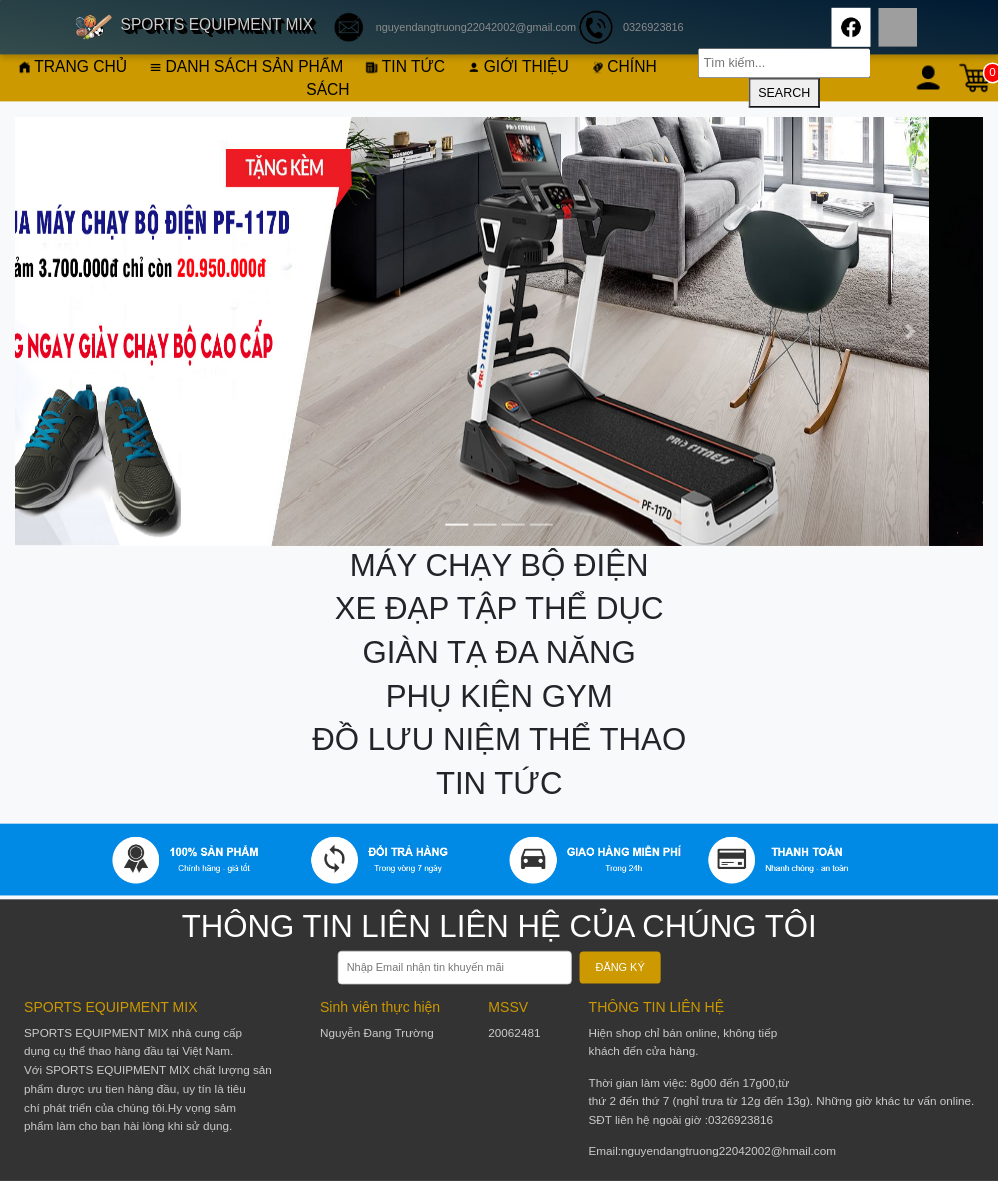
Repository: nguyendangtruong220420002/WWW-BanDungCuThietBiTheThao
Page: http://localhost/WebBanDungCuTheThao/index.jsp
These files come from the project's save history. The page is drawn as it stood at one moment and after the next save; the edit follows.
The browser window is 1280 px wide. The pictures show the whole page, at 78% of full size.
Pictures or frames that could not be fetched are drawn as grey boxes. The page is served by Tomcat 10. Other server files are loaded and not shown. The template is opened directly, without the code that normally fills it, so the values that code supplies are empty.

Above is the page before, as saved 2024-07-23 11:11:25.

### WebBanDungCuTheThao/src/main/webapp/index.jsp
<%@ page language="java" contentType="text/html; charset=UTF-8"
	pageEncoding="UTF-8"%>
<%@ taglib uri="http://java.sun.com/jsp/jstl/core" prefix="c"%>
<%@ taglib uri="http://java.sun.com/jsp/jstl/functions" prefix="fn"%>
<html>
<head>
<meta charset="UTF-8">
<title>Trang Chủ</title>
<link
	href="https://stackpath.bootstrapcdn.com/bootstrap/4.5.2/css/bootstrap.min.css"
	rel="stylesheet">
<!-- Bootstrap JS và jQuery -->
<script src="https://code.jquery.com/jquery-3.5.1.slim.min.js"></script>
<script
	src="https://cdn.jsdelivr.net/npm/@popperjs/core@2.9.2/dist/umd/popper.min.js"></script>
<script
	src="https://stackpath.bootstrapcdn.com/bootstrap/4.5.2/js/bootstrap.min.js"></script>
<style>
body {
	font-family: Arial, sans-serif;
	margin: 0;
	padding: 0;
	box-sizing: border-box;
	display: flex;
	flex-direction: column;
	min-height: 100vh;
}

.logo {
	display: flex;
	align-items: center;
	justify-content: space-around;
	padding: 10px;
	background: linear-gradient(10deg, #344c4c, #001a33);
	border-radius: 1px;
	box-shadow: 0 4px 8px rgba(0, 0, 0, 0.2);
}

.logo-left {
	display: flex;
	align-items: center;
}

.logo-right {
	display: flex;
	align-items: center;
}

.logo img {
	height: 50px;
	width: 50px;
	margin-right: 10px;
}

.logo h1 {
	font-size: 20px;
	text-shadow: 1px 1px 0 #000, 2px 2px 0 #000, 3px 3px 0 #000, 4px 4px 0
		#000, 5px 5px 0 #000;
	color: #cccccc;
	font-weight: 100;
	margin-right: 20px;
}

.contact-info {
	display: flex;
	align-items: center;
	margin-right: 20px;
}

.contact-info h2 {
	margin: 0;
	font-size: 14px;
	color: #8c8c8c;
}

.social-icons img {
	height: 40px;
	width: 40px;
	margin: 10px;
}

header {
	background-color: #cc9900;
	height: 130px;
}

header nav {
	text-align: center;
}

header nav ul {
	list-style: none;
	padding: 0;
}

header nav ul li {
	display: inline;
	margin: 10px;
	transition: background-color 0.3s;
}

header nav ul li a {
	font-size: 20px;
	text-decoration: none;
	color: black;
	border-radius: 5px;
}

header nav ul li a:hover {
	background-color: #995c00;
	font-size: 30px;
	color: white;
}

header nav ul li form {
	display: inline;
}

header nav ul li form input {
	padding: 5px;
}

header nav ul li form button {
	padding: 5px 10px;
}

header nav ul li form a img {
	padding: 5px 10px;
	height: 40px;
	width: 40px;
}

.memu-icons {
	height: 15px;
	width: 15px;
	margin: 0 5px;
}

.ul {
	display: flex;
	justify-content: space-around;
	height: 0px;
	align-items: center;
	margin-top: 30px;
}

.ul-right {
	display: flex;
	align-items: center;
}

.user-menu {
	display: none;
	position: absolute;
	background-color: white;
	border: 1px solid #ccc;
	padding: 10px;
	right: 15px;
	top: 40px;
}

.user-menu a {
	display: block;
	color: #333;
	text-decoration: none;
	margin: 5px 0;
}

.user-icon {
	position: relative;
	cursor: pointer;
}

main {
	padding: 20px;
	text-align: center;
	height: auto;
	flex: 1;
}

footer {
	background-color: #333;
	color: white;
	padding: 10px 0;
	width: 100%;
	margin-top: 5px;
}

footer div h4 {
	color: #cc9900;
	font-size: 18px;
}

footer h1 {
	text-align: center;
}

footer form {
	text-align: center;
}

footer div p {
	color: #cccccc;
	font-size: 15px;
	line-height: 1.6;
}

footer form {
	display: flex;
	justify-content: center;
	align-items: center;
	margin-bottom: 20px;
}

footer form input[type="text"] {
	padding: 10px;
	font-size: 14px;
	border: 1px solid #ccc;
	border-radius: 5px;
	margin-right: 10px;
	width: 300px;
}

footer form button {
	padding: 10px 20px;
	font-size: 14px;
	background-color: #cc9900;
	color: white;
	border: none;
	border-radius: 5px;
	cursor: pointer;
	transition: background-color 0.3s;
}
</style>
<script>
	function toggleUserMenu() {
		var userMenu = document.getElementById("user-menu");
		if (userMenu.style.display === "block") {
			userMenu.style.display = "none";
		} else {
			userMenu.style.display = "block";
		}
	}

</script>
</head>
<body>
	<header>
		<div class="logo">
			<div class="logo-left">
				<img alt="" src="IMG/logo.png">
				<h1>SPORTS EQUIPMENT MIX</h1>
				<div class="contact-info">
					<img alt="" src="IMG/thu.png" class="social-icons">
					<h2>nguyendangtruong22042002@gmail.com</h2>
					<img alt="" src="IMG/call.png" class="social-icons">
					<h2>0326923816</h2>
				</div>
			</div>
			<div class="logo-right">
				<img alt="" src="IMG/faceboock.png" class="social-icons"> <img
					alt="" src="IMG/inta.png" class="social-icons">
			</div>
		</div>
		<div class="menu">
			<nav>
				<ul>
					<div class="ul">
						<div class="ul-left">
							<li><a href="index.jsp"><img alt="" src="IMG/home.png"
									class="memu-icons">TRANG CHỦ</a></li>
							<li><a href="ProductsServlet"><img alt=""
									src="IMG/menu.png" class="memu-icons">DANH SÁCH SẢN PHẨM</a></li>
							<li><a href="products.jsp"><img alt=""
									src="IMG/tintuc.png" class="memu-icons">TIN TỨC</a></li>
							<li><a href="products.jsp"><img alt=""
									src="IMG/user.png" class="memu-icons">GIỚI THIỆU</a></li>
							<li><a href="products.jsp"><img alt=""
									src="IMG/sale.png" class="memu-icons">CHÍNH SÁCH</a></li>
						</div>
						<div class="ul-right">
							<li>
								<form action="search.jsp" method="get">
									<input type="text" name="query" placeholder="Tìm kiếm...">
									<button type="submit">SEARCH</button>
								</form>
							</li>
							<li><a href="#" class="user-icon" onclick="toggleUserMenu()"><img
									alt="" src="IMG/user.png" style="height: 40px; width: 40px"></a>
								<div id="user-menu" class="user-menu">
									<c:choose>
										<c:when test="${not empty sessionScope.ten}">
											<span class="user-info font-weight-bold text-black"> <c:out
													value="Xin chào: ${sessionScope.ten}"  />
											</span>
											<button type="button" class="btn btn-danger"
												onclick="confirmLogout()">Đăng Xuất</button>
										</c:when>
										<c:otherwise>
											<button type="button" class="btn btn-primary"
												data-toggle="modal" data-target="#loginModal">Đăng
												Nhập</button>
											<button type="button" class="btn btn-primary"
												data-toggle="modal" data-target="#registerModal">Đăng
												Ký</button>
										</c:otherwise>
									</c:choose>
								</div></li>
							<li>
							<div style="display: flex;">
							<a href="Cart.jsp"><img alt="" src="IMG/cart.png"
									style="height: 40px; width: 40px;"> </a>
									<div style="border-radius: 15px; border: 2px solid #ffffff; position: absolute; margin-left: 30px;
									background-color: red; width: 25px; height: auto ; max-width:auto; text-align: center; color: white; font-size: 15px
									">${fn:length(cart.carts)}</div>
							</div></li>
						</div>

					</div>

				</ul>
			</nav>
		</div>
	</header>

	<main>
		<div id="productCarousel" class="carousel slide" data-ride="carousel">
			<!-- Indicators -->
			<ol class="carousel-indicators">
				<li data-target="#productCarousel" data-slide-to="0" class="active"></li>
				<li data-target="#productCarousel" data-slide-to="1"></li>
				<li data-target="#productCarousel" data-slide-to="2"></li>
				<li data-target="#productCarousel" data-slide-to="3"></li>
			</ol>

			<!-- Carousel items -->
			<div class="carousel-inner">
				<div class="carousel-item active">
					<img src="IMG/home1.jpg" class="d-block w-100" alt="Image 1"
						style="height: 550px">
				</div>
				<div class="carousel-item">
					<img src="IMG/Home5.png" class="d-block w-100" alt="Image 2"
						style="height: 550px">
				</div>
				<div class="carousel-item">
					<img src="IMG/home33.png" class="d-block w-100" alt="Image 3"
						style="height: 550px">
				</div>
				<div class="carousel-item">
					<img src="IMG/home%202.jpg" class="d-block w-100" alt="Image 4"
						style="height: 550px">
				</div>
			</div>

			<!-- Controls -->
			<a class="carousel-control-prev" href="#productCarousel"
				role="button" data-slide="prev"> <span
				class="carousel-control-prev-icon" aria-hidden="true"></span> <span
				class="sr-only">Previous</span>
			</a> <a class="carousel-control-next" href="#productCarousel"
				role="button" data-slide="next"> <span
				class="carousel-control-next-icon" aria-hidden="true"></span> <span
				class="sr-only">Next</span>
			</a>
		</div>
		<div>
			<h1>MÁY CHẠY BỘ ĐIỆN</h1>
			<h1>XE ĐẠP TẬP THỂ DỤC</h1>
			<h1>GIÀN TẠ ĐA NĂNG</h1>
			<h1>PHỤ KIỆN GYM</h1>
			<h1>ĐỒ LƯU NIỆM THỂ THAO</h1>
			<h1>TIN TỨC</h1>



		</div>

	</main>

	<div>
		<img alt="" src="IMG/cuối.png" style="width: 100%">
	</div>
	<footer>
		<h1>THÔNG TIN LIÊN LIÊN HỆ CỦA CHÚNG TÔI</h1>
		<form action="search.jsp" method="get">
			<input type="text" name="query"
				placeholder="Nhập Email nhận tin khuyến mãi">
			<button type="submit">ĐĂNG KÝ</button>
		</form>
		<div style="display: flex; justify-content: space-around;">
			<div style="align-items: center;">
				<h4>SPORTS EQUIPMENT MIX</h4>
				<p>
					SPORTS EQUIPMENT MIX nhà cung cấp<br> dụng cụ thể thao hàng
					đầu tại Việt Nam.<br> Với SPORTS EQUIPMENT MIX chất lượng sản
					<br> phẩm được ưu tien hàng đầu, uy tín là tiêu<br> chí
					phát triển của chúng tôi.Hy vọng sảm <br> phẩm làm cho bạn hài
					lòng khi sử dụng.
				</p>
			</div>
			<div>
				<h4>Sinh viên thực hiện</h4>
				<p>Nguyễn Đang Trường</p>
			</div>
			<div>
				<h4>MSSV</h4>
				<p>20062481</p>
			</div>
			<div>
				<h4>THÔNG TIN LIÊN HỆ</h4>
				<p>
					Hiện shop chỉ bán online, không tiếp <br> khách đến cửa hàng.
				</p>
				<p>
					Thời gian làm việc: 8g00 đến 17g00,từ <br> thứ 2 đến thứ 7
					(nghỉ trưa từ 12g đến 13g). Những giờ khác tư vấn online.<br>
					SĐT liên hệ ngoài giờ :0326923816
				</p>
				<p>Email:nguyendangtruong22042002@hmail.com</p>
			</div>
		</div>

	</footer>

	<jsp:include page="Modal/register.jsp" />
	<jsp:include page="Modal/verify.jsp" />
	<jsp:include page="Modal/login.jsp" />


	 <script>
        $(document).ready(function() {
            // Kiểm tra nếu thuộc tính "showVerifyModal" có trong session và có giá trị true
            <% if (session.getAttribute("showVerifyModal") != null && (Boolean) session.getAttribute("showVerifyModal")) { %>
                $('#verifyModal').modal('show');
                <% session.removeAttribute("showVerifyModal"); %>
            <% } %>
        });
    </script>
<script>
    $(document).ready(function() {
        // Kiểm tra nếu thuộc tính "registerSuccess" có trong session và có giá trị true
        <% if (session.getAttribute("registerSuccess") != null) { %>
            <% Boolean registerSuccess = (Boolean) session.getAttribute("registerSuccess"); %>
            <% if (registerSuccess) { %>
                $('#registerSuccessModal').modal('show');
            <% } else { %>
                $('#registerFailureModal').modal('show');
            <% } %>
            <% session.removeAttribute("registerSuccess"); %>
        <% } %>
    });
</script>
	<!-- Modal Đăng Ký Thành Công -->
<div class="modal fade" id="registerSuccessModal" tabindex="-1" role="dialog" aria-labelledby="registerSuccessModalLabel" aria-hidden="true">
    <div class="modal-dialog" role="document">
        <div class="modal-content">
            <div class="modal-header">
                <h5 class="modal-title" id="registerSuccessModalLabel">Đăng ký thành công</h5>
                <button type="button" class="close" data-dismiss="modal" aria-label="Close">
                    <span aria-hidden="true">&times;</span>
                </button>
            </div>
            <div class="modal-body">
           Chúc mừng!. Xác thực tài khoản thành công
             .  Bạn đã đăng ký thành công. Vui lòng đăng nhập lại.
            </div>
            <div class="modal-footer">
                <button type="button" class="btn btn-secondary" data-dismiss="modal">Đóng</button>
            </div>
        </div>
    </div>
</div>

<!-- Modal Đăng Ký Không Thành Công -->
<div class="modal fade" id="registerFailureModal" tabindex="-1" role="dialog" aria-labelledby="registerFailureModalLabel" aria-hidden="true">
    <div class="modal-dialog" role="document">
        <div class="modal-content">
            <div class="modal-header">
                <h5 class="modal-title" id="registerFailureModalLabel">Đăng ký không thành công</h5>
                <button type="button" class="close" data-dismiss="modal" aria-label="Close">
                    <span aria-hidden="true">&times;</span>
                </button>
            </div>
            <div class="modal-body">
                Đăng ký không thành công. Mã xác thực bạn nhập không chính xác. Vui lòng thử lại.
            </div>
            <div class="modal-footer">
                <button type="button" class="btn btn-secondary" data-dismiss="modal">Đóng</button>
            </div>
        </div>
    </div>
</div>
	<!-- JavaScript để hiển thị modal khi cần -->

	<!-- Modal Đăng nhập thành công -->
	<div class="modal fade" id="loginSuccessModal" tabindex="-1"
		role="dialog" aria-labelledby="loginSuccessModalLabel"
		aria-hidden="true">
		<div class="modal-dialog" role="document">
			<div class="modal-content">
				<div class="modal-header">
					<h5 class="modal-title" id="loginSuccessModalLabel">Đăng Nhập
						Thành Công</h5>
					<button type="button" class="close" data-dismiss="modal"
						aria-label="Close">
						<span aria-hidden="true">&times;</span>
					</button>
				</div>
				<div class="modal-body">Chào mừng bạn đã đăng nhập thành công.
				</div>
				<div class="modal-footer">
					<button type="button" class="btn btn-secondary"
						data-dismiss="modal">Đóng</button>
				</div>
			</div>
		</div>
	</div>
	<script>
    $(document).ready(function() {

        <% if (session.getAttribute("loginSuccess") != null && (Boolean) session.getAttribute("loginSuccess")) { %>
            $('#loginSuccessModal').modal('show');
            <% session.removeAttribute("loginSuccess"); %>

            // Thay đổi nút "Đăng Nhập" và "Đăng Ký" thành nút "Đăng Xuất"
            var tenuser = '${sessionScope.ten}'; // Lấy tên người dùng từ session
            $('#user-menu').html('<span class="user-info font-weight-bold text-black">Xin Chào  ' + tenuser + '</span>' +
                '<button type="button" class="btn btn-danger" onclick="confirmLogout()">Đăng Xuất</button>');
        <% } %>
    });

    function confirmLogout() {
        // Hiển thị modal xác nhận đăng xuất
        $('#confirmLogoutModal').modal('show');
    }

    function logout() {
    	window.location.href = "LogoutServlet";
    }
</script>
	<!-- Modal Đăng nhập không thành công -->
	<div class="modal fade" id="loginFailedModal" tabindex="-1"
		role="dialog" aria-labelledby="loginFailedModalLabel"
		aria-hidden="true">
		<div class="modal-dialog" role="document">
			<div class="modal-content">
				<div class="modal-header">
					<h5 class="modal-title" id="loginFailedModalLabel">Đăng Nhập
						Không Thành Công</h5>
					<button type="button" class="close" data-dismiss="modal"
						aria-label="Close">
						<span aria-hidden="true">&times;</span>
					</button>
				</div>
				<div class="modal-body">Đăng nhập không thành công. Vui lòng
					kiểm tra lại email và mật khẩu.</div>
				<div class="modal-footer">
					<button type="button" class="btn btn-secondary"
						data-dismiss="modal">Đóng</button>
				</div>
			</div>
		</div>
	</div>
	<script>
    $(document).ready(function() {
        <%-- Kiểm tra xem thuộc tính loginFailed có trong session không --%>
        <% if (session.getAttribute("loginFailed") != null && (Boolean) session.getAttribute("loginFailed")) { %>
            <%-- Hiển thị modal "Đăng nhập không thành công" --%>
            $('#loginFailedModal').modal('show');
        <% }
           session.removeAttribute("loginFailed");
        %>
    });
</script>
	<!-- Modal xác nhận đăng xuất -->
	<div class="modal fade" id="confirmLogoutModal" tabindex="-1"
		role="dialog" aria-labelledby="confirmLogoutModalLabel"
		aria-hidden="true">
		<div class="modal-dialog" role="document">
			<div class="modal-content">
				<div class="modal-header">
					<h5 class="modal-title" id="confirmLogoutModalLabel">Xác nhận
						đăng xuất</h5>
					<button type="button" class="close" data-dismiss="modal"
						aria-label="Close">
						<span aria-hidden="true">&times;</span>
					</button>
				</div>
				<div class="modal-body">Bạn có chắc chắn muốn đăng xuất không?
				</div>
				<div class="modal-footer">
					<button type="button" class="btn btn-secondary"
						data-dismiss="modal">Hủy</button>
					<button type="button" class="btn btn-primary" onclick="logout()">Đăng
						xuất</button>
				</div>
			</div>
		</div>
	</div>





</body>
</html>

### WebBanDungCuTheThao/src/main/webapp/Modal/register.jsp
<%@ page language="java" contentType="text/html; charset=UTF-8"
    pageEncoding="UTF-8"%>
<!DOCTYPE html>
<html>
<head>
<meta charset="UTF-8">
<title>Register</title>
<link rel="stylesheet" href="https://stackpath.bootstrapcdn.com/bootstrap/4.3.1/css/bootstrap.min.css">
<style>
body {
    font-family: Arial, sans-serif;
    background-color: #f8f9fa;
    margin: 0;
    padding: 0;
}
.modal-content {
    border-radius: 8px;
    border: none;
}
.modal-header {
    background-color: #007bff;
    color: #fff;
    border-bottom: none;
    border-top-left-radius: 8px;
    border-top-right-radius: 8px;
}
.modal-title {
    margin: 0;
    font-weight: bold;
}
.close {
    color: #fff;
    opacity: 1;
}
.modal-body {
    padding: 20px;
}
.form-group label {
    font-weight: bold;
}
.form-control {
    border-radius: 4px;
    border: 1px solid #ced4da;
    padding: 10px;
}
.btn-primary {
    background-color: #007bff;
    border: none;
    border-radius: 4px;
    padding: 10px 20px;
}
.btn-primary:hover {
    background-color: #0056b3;
}
</style>
</head>
<body>
<div class="modal fade" id="registerModal" tabindex="-1" role="dialog" aria-labelledby="registerModalLabel" aria-hidden="true">
  <div class="modal-dialog" role="document">
    <div class="modal-content">
      <div class="modal-header">
        <h5 class="modal-title" id="registerModalLabel">Đăng Ký</h5>
        <button type="button" class="close" data-dismiss="modal" aria-label="Close">
          <span aria-hidden="true">&times;</span>
        </button>
      </div>
      <div class="modal-body">
        <form action="UserServlet" method="post">
          <div class="form-group">
            <label for="username">Họ và Tên</label>
            <input type="text" class="form-control" id="tenuser" name="tenuser" required>
          </div>
          <div class="form-group">
            <label for="password">Mật Khẩu</label>
            <input type="password" class="form-control" id="password" name="password" required>
          </div>
          <div class="form-group">
            <label for="email">Email</label>
            <input type="email" class="form-control" id="email" name="email" required>
          </div>
          <button type="submit" class="btn btn-primary">Đăng Ký</button>
        </form>
      </div>
    </div>
  </div>
</div>
<script src="https://code.jquery.com/jquery-3.3.1.slim.min.js"></script>
<script src="https://cdnjs.cloudflare.com/ajax/libs/popper.js/1.14.7/umd/popper.min.js"></script>
<script src="https://stackpath.bootstrapcdn.com/bootstrap/4.3.1/js/bootstrap.min.js"></script>
</body>
</html>

### WebBanDungCuTheThao/src/main/webapp/Modal/login.jsp
<%@ page language="java" contentType="text/html; charset=UTF-8"
	pageEncoding="UTF-8"%>
<%@ taglib uri="http://java.sun.com/jsp/jstl/core" prefix="c"%>
<!DOCTYPE html>
<html>
<head>
<meta charset="UTF-8">
<title>Login</title>
<link rel="stylesheet"
	href="https://stackpath.bootstrapcdn.com/bootstrap/4.3.1/css/bootstrap.min.css">
<style>
body {
	font-family: Arial, sans-serif;
	background-color: #f8f9fa;
	margin: 0;
	padding: 0;
}

.modal-content {
	border-radius: 8px;
	border: none;
}

.modal-header {
	background-color: #007bff;
	color: #fff;
	border-bottom: none;
	border-top-left-radius: 8px;
	border-top-right-radius: 8px;
}

.modal-title {
	margin: 0;
	font-weight: bold;
}

.close {
	color: #fff;
	opacity: 1;
}

.modal-body {
	padding: 20px;
}

.form-group label {
	font-weight: bold;
}

.form-control {
	border-radius: 4px;
	border: 1px solid #ced4da;
	padding: 10px;
}

.btn-primary {
	background-color: #007bff;
	border: none;
	border-radius: 4px;
	padding: 10px 20px;
}

.btn-primary:hover {
	background-color: #0056b3;
}
</style>
</head>
<body>
	<div class="modal fade" id="loginModal" tabindex="-1" role="dialog"
		aria-labelledby="loginModalLabel" aria-hidden="true">
		<div class="modal-dialog" role="document">
			<div class="modal-content">
				<div class="modal-header">
					<h5 class="modal-title" id="loginModalLabel">Đăng Nhập</h5>
					<button type="button" class="close" data-dismiss="modal"
						aria-label="Close">
						<span aria-hidden="true">&times;</span>
					</button>
				</div>
				<div class="modal-body">
					<form action="LoginServlet" method="post">
						<div class="form-group">
							<label for="email">Email :</label> <input type="text"
								class="form-control" id="email" name="email" required>

						</div>
						<div class="form-group">
							<label for="password">Mật Khẩu:</label> <input type="password"
								class="form-control" id="password" name="password" required>
						</div>
						<div class="form-group">
							<div class="checkbox">
								<label><input type="checkbox" name="remember">
									Nhớ tài khoảng</label>
							</div>
						</div>
						<button type="submit" class="btn btn-primary">Đăng Nhập</button>
					</form>
				</div>
			</div>
		</div>
	</div>
	<script src="https://code.jquery.com/jquery-3.3.1.slim.min.js"></script>
	<script
		src="https://cdnjs.cloudflare.com/ajax/libs/popper.js/1.14.7/umd/popper.min.js"></script>
	<script
		src="https://stackpath.bootstrapcdn.com/bootstrap/4.3.1/js/bootstrap.min.js"></script>
</body>
</html>

Loaded but not shown: WebBanDungCuTheThao/src/main/webapp/Modal/verify.jsp (148 lines, source omitted)

After the next save:
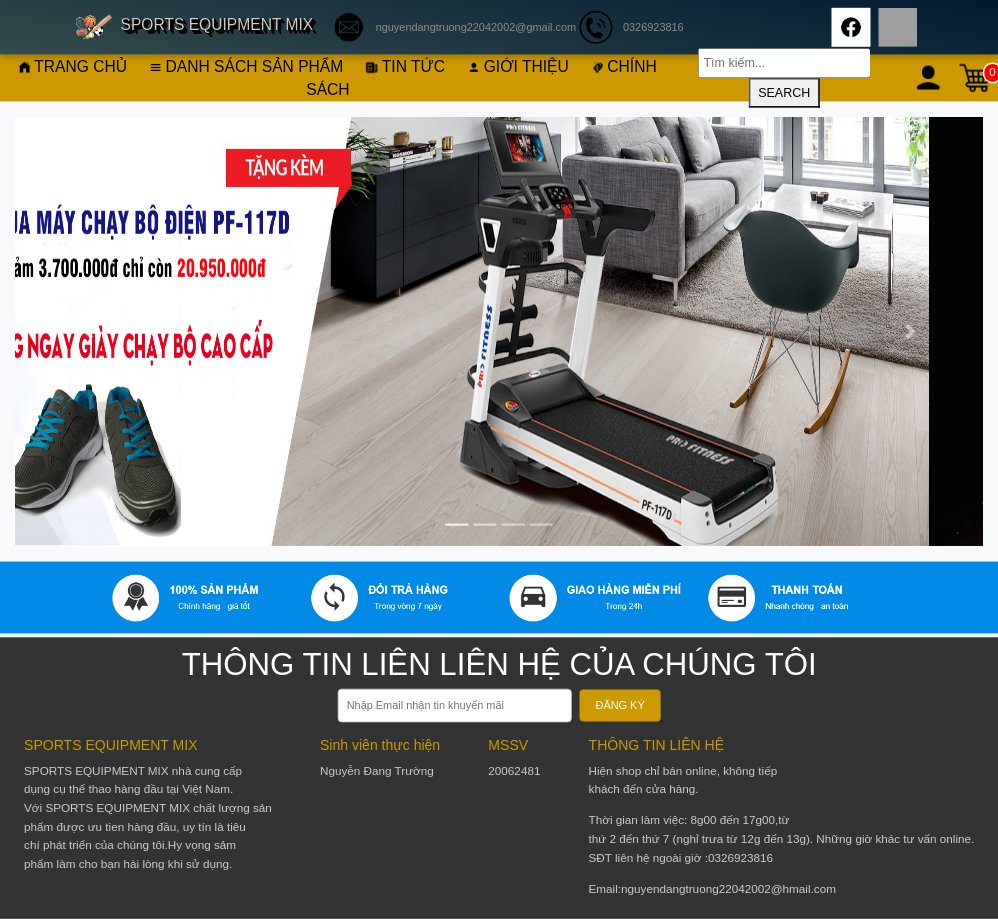
Saved 4 days later.
--- a/WebBanDungCuTheThao/src/main/webapp/index.jsp
+++ b/WebBanDungCuTheThao/src/main/webapp/index.jsp
@@ -365,12 +365,6 @@ footer form button {
 			</a>
 		</div>
 		<div>
-			<h1>MÁY CHẠY BỘ ĐIỆN</h1>
-			<h1>XE ĐẠP TẬP THỂ DỤC</h1>
-			<h1>GIÀN TẠ ĐA NĂNG</h1>
-			<h1>PHỤ KIỆN GYM</h1>
-			<h1>ĐỒ LƯU NIỆM THỂ THAO</h1>
-			<h1>TIN TỨC</h1>
 
 
 
